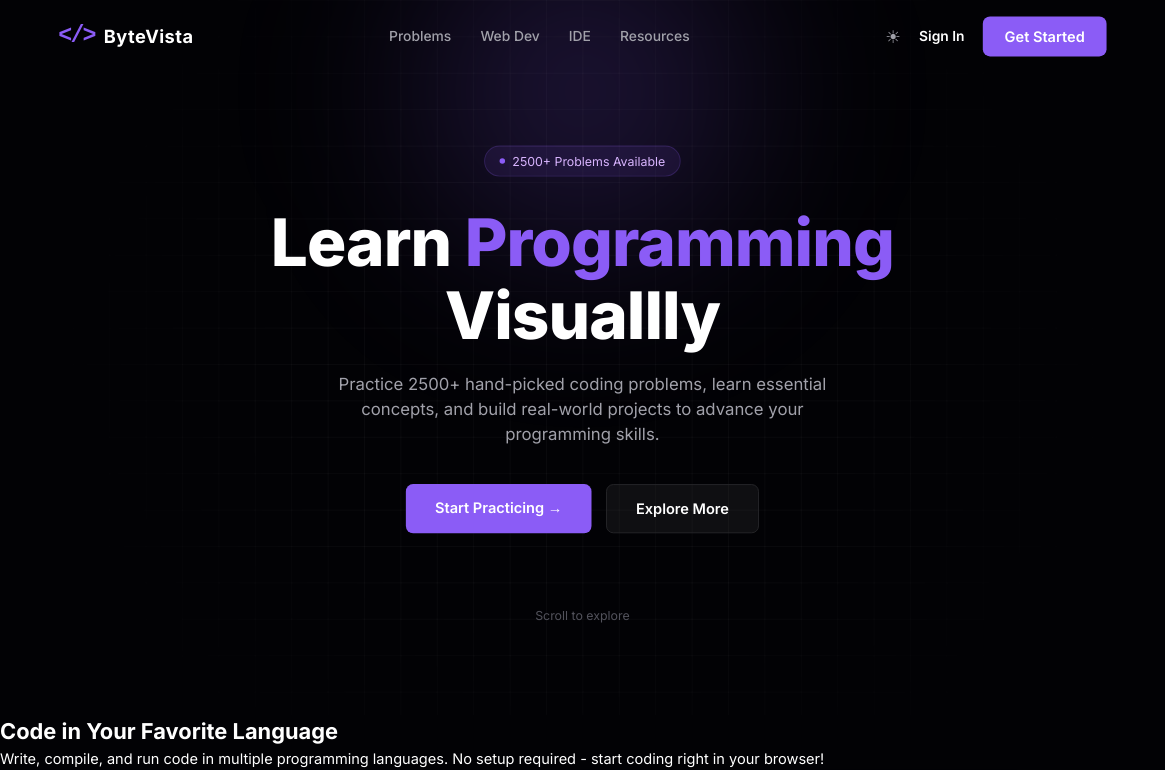
Repository: biswaranjansatapathy2005-lang/ByteVista
Page: frontend/language/language.html
These files come from the project's save history. The page is drawn as it stood at one moment and after the next save; the edit follows.
The browser window is 1280 px wide. The pictures show the whole page, at 91% of full size.
Some web fonts or font styles are not loaded; a fallback is used.

Above is the page before, as saved 2025-12-13 02:46:41.
Console error: TypeError: Cannot read properties of null (reading 'appendChild')

After the next save:
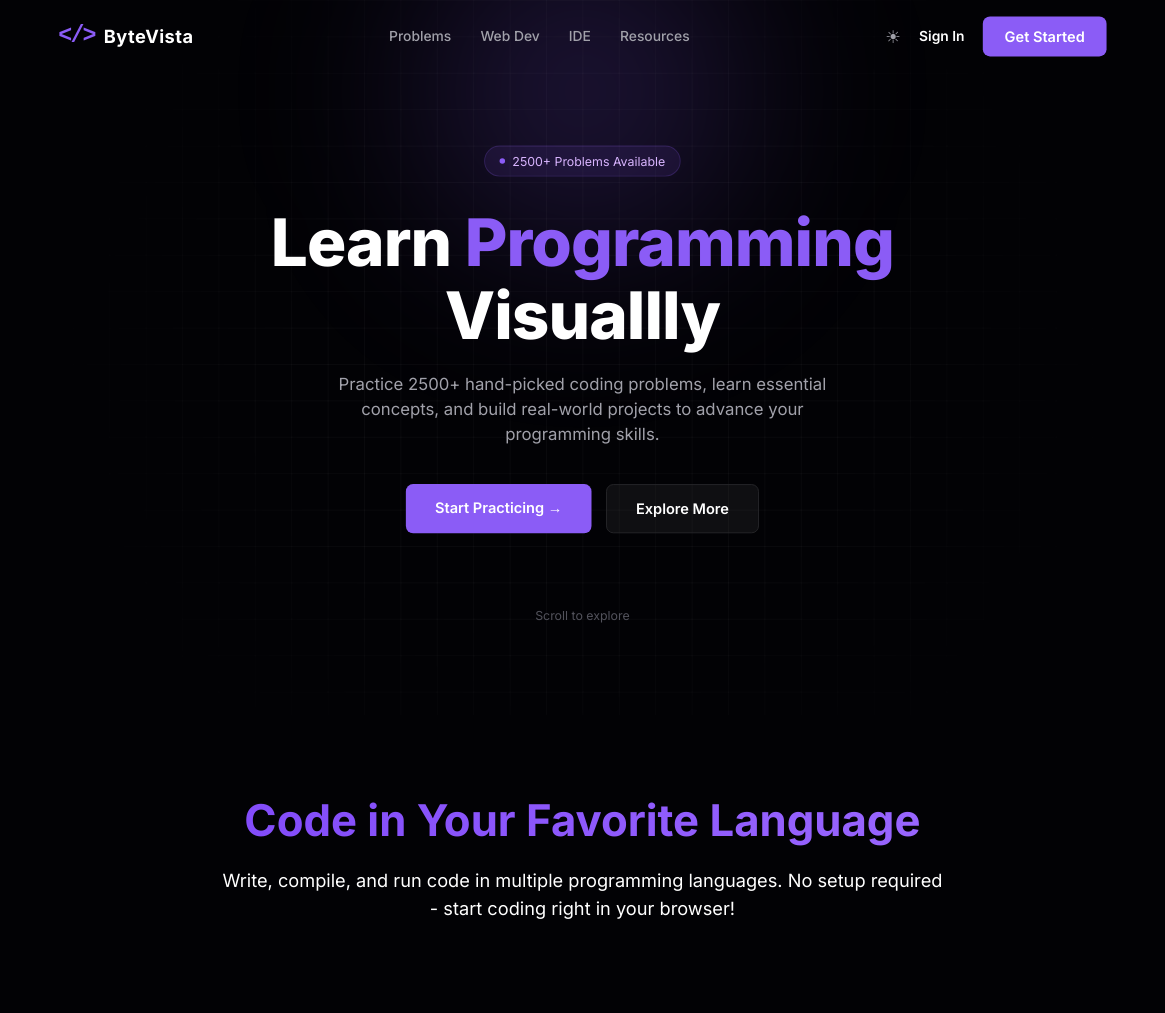
Saved 23 s later.
--- a/frontend/language/language.css
+++ b/frontend/language/language.css
@@ -279,3 +279,22 @@
     .hero-section h1 { font-size: 2.5rem; }
     .nav-links { display: none; } /* Hide links on mobile for simplicity */
 }
+.code-section {
+    text-align: center;
+    padding: 80px 0 100px;
+}
+
+.code-title {
+    font-size: 3rem;
+    margin-bottom: 15px;
+    background: linear-gradient(90deg, #7b43f9, #a06eff);
+    background-clip: text;
+    -webkit-text-fill-color: transparent;
+}
+
+.code-subtitle {
+    font-size: 1.25rem;
+    color: var(--color-text-secondary);
+    max-width: 800px;
+    margin: 0 auto;
+}
